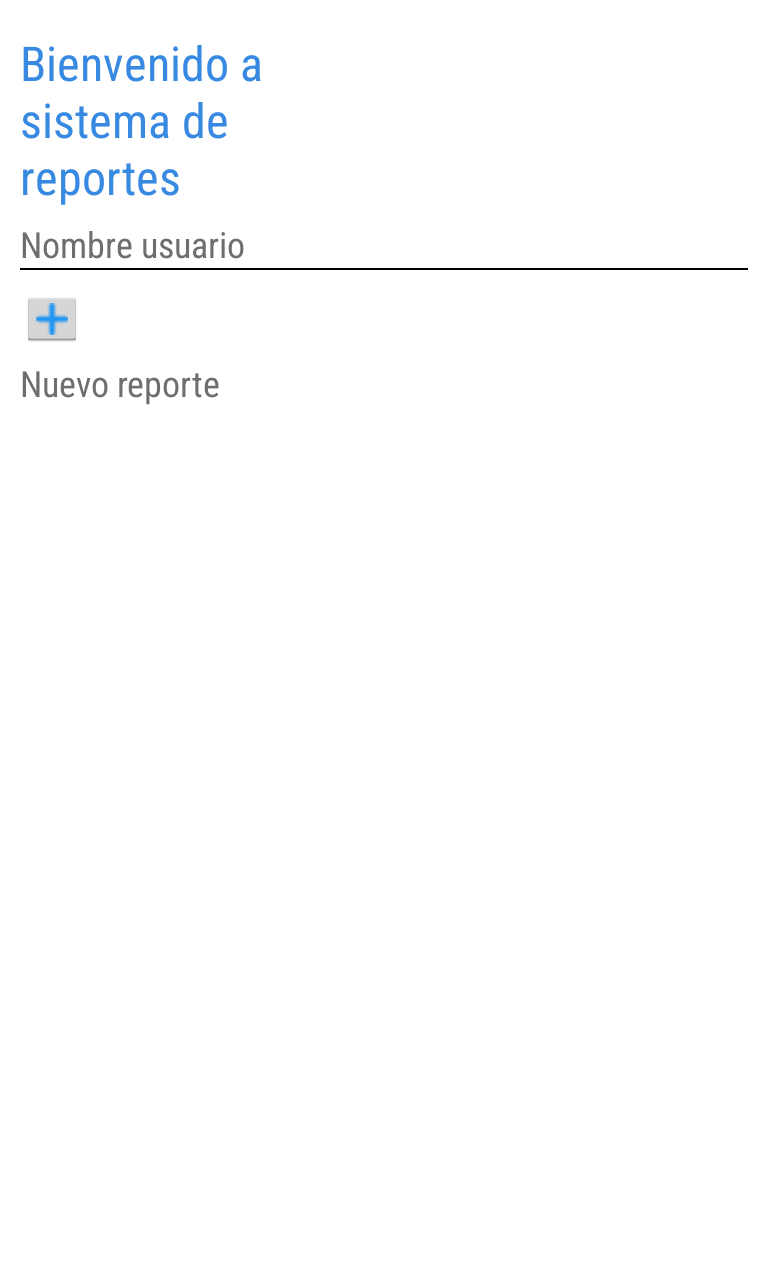
Repository: ramonramirezz/ReportesApp
Layout: Reportes/res/layout/welcome.xml
These files come from the project's save history. The layout is drawn as it stood at one moment and after the next save; the edit follows.
It is drawn on a 768 x 1280 px phone screen (xhdpi) without system bars, with theme AppTheme; the app's code is not run. The app's manifest (not shown) leaves right-to-left support off. So textAlignment, textDirection and layoutDirection are ignored, and left and right values win over start and end ones.

Above is the layout before, as saved 2015-11-21 18:53:40.

### Reportes/res/layout/welcome.xml
<?xml version="1.0" encoding="utf-8"?>
<LinearLayout xmlns:android="http://schemas.android.com/apk/res/android"
    android:layout_width="match_parent"
    android:layout_height="match_parent"
    android:orientation="horizontal"
    android:textAlignment="center" >


    <LinearLayout
        android:layout_width="fill_parent"
        android:layout_height="wrap_content"
        android:layout_margin="10dp"
        android:orientation="vertical"

        >
        <TextView
	    	android:id="@+id/tvBienvenido"
	    	android:layout_width="188dp"
	    	android:layout_height="wrap_content"
	    	android:fontFamily="sans-serif-condensed"
	    	android:layout_marginTop="5dp"
	    	android:text="Bienvenido a sistema de reportes"
	    	android:textColor="#3789E1"
	    	android:textSize="24dp" />

		<TextView
	    	android:id="@+id/tvNombreUsuario"
	    	android:layout_width="wrap_content"
	    	android:layout_height="wrap_content"
	    	android:fontFamily="sans-serif-condensed"
	    	android:text="Nombre usuario"
	    	android:textColor="#6E6E6E"
	    	android:textSize="18dp"
	    	android:layout_marginTop="5dp"
	    />

		<View
 			android:layout_width="match_parent"
 			android:layout_height="1dp"
 			android:background="@android:color/black" />
        <!-- Create new report -->


            <ImageButton
		    android:layout_marginTop="10dp"
		    android:layout_width="32dp"
		    android:layout_height="29dp"
		    android:src="@drawable/add" />



        <TextView
            android:id="@+id/tvNuevoReport"
            android:layout_width="wrap_content"
            android:layout_height="wrap_content"
            android:layout_marginTop="5dp"
            android:fontFamily="sans-serif-condensed"
            android:text="Nuevo reporte"
            android:textColor="#6E6E6E"
            android:textSize="18dp" />

    </LinearLayout>



</LinearLayout>

Loaded but not shown: Reportes/res/values/styles.xml (common file); Reportes/res/values-v11/styles.xml (common file); Reportes/res/values-v14/styles.xml (common file)

After the next save:
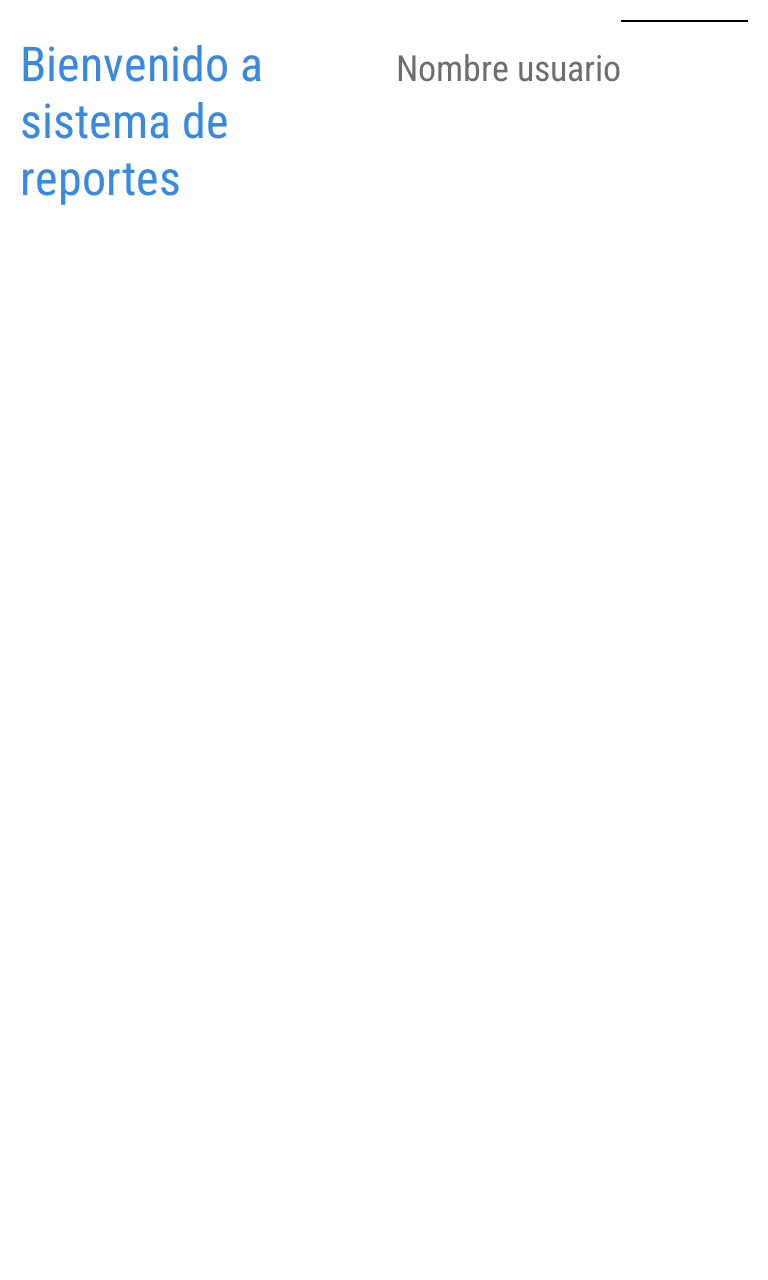
Saved 26 s later.
--- a/Reportes/res/layout/welcome.xml
+++ b/Reportes/res/layout/welcome.xml
@@ -10,7 +10,7 @@
         android:layout_width="fill_parent"
         android:layout_height="wrap_content"
         android:layout_margin="10dp"
-        android:orientation="vertical"
+        android:orientation="horizontal"
 
         >
         <TextView
@@ -40,6 +40,15 @@
  			android:background="@android:color/black" />
         <!-- Create new report -->
 
+		<TextView
+		    android:id="@+id/tvNuevoReport"
+		    android:layout_width="wrap_content"
+		    android:layout_height="wrap_content"
+		    android:layout_marginTop="5dp"
+		    android:fontFamily="sans-serif-condensed"
+		    android:text="Nuevo reporte"
+		    android:textColor="#6E6E6E"
+		    android:textSize="18dp" />
 
             <ImageButton
 		    android:layout_marginTop="10dp"
@@ -47,18 +56,6 @@
 		    android:layout_height="29dp"
 		    android:src="@drawable/add" />
 
-
-
-        <TextView
-            android:id="@+id/tvNuevoReport"
-            android:layout_width="wrap_content"
-            android:layout_height="wrap_content"
-            android:layout_marginTop="5dp"
-            android:fontFamily="sans-serif-condensed"
-            android:text="Nuevo reporte"
-            android:textColor="#6E6E6E"
-            android:textSize="18dp" />
-
     </LinearLayout>
 
 
